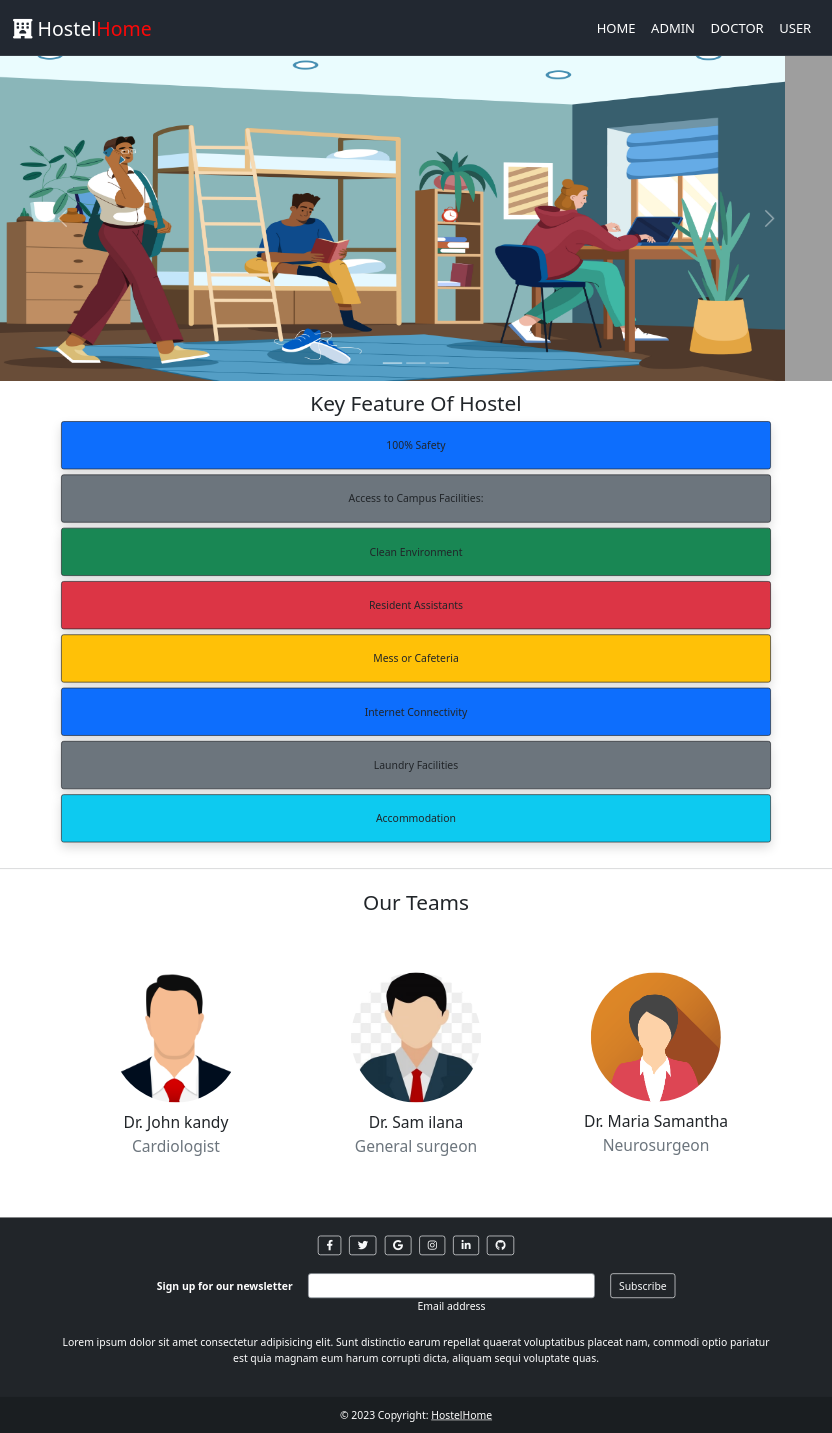
Repository: SparshGarg1/Hostel_Managment_System
Page: http://localhost/Hostel/
An editor plug-in stored every save of this project. The page is shown before and after the next save, followed by the edit.
The browser window is 1280 px wide. The pictures show the whole page, at 65% of full size.
Pictures or frames that could not be fetched are drawn as grey boxes. Some web libraries are served in a nearby version. The page is served by Tomcat 9.

Above is the page before, as saved 2023-06-17 05:19:22.

After the next save:
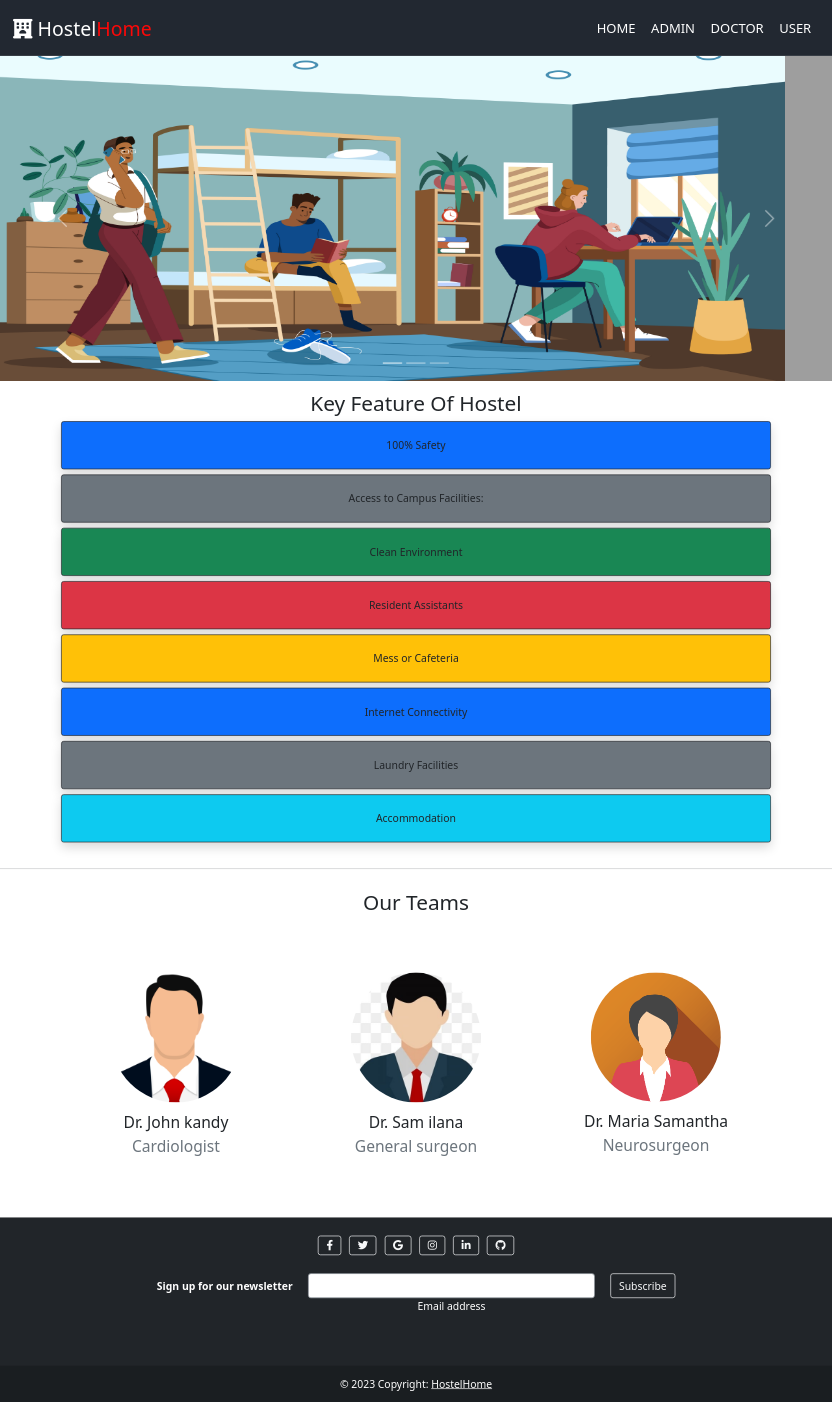
Saved 26 s later.
--- a/Hostel/WebContent/index.jsp
+++ b/Hostel/WebContent/index.jsp
@@ -188,9 +188,7 @@
     <!-- Section: Text -->
     <section class="mb-4">
       <p>
-        Lorem ipsum dolor sit amet consectetur adipisicing elit. Sunt distinctio earum
-        repellat quaerat voluptatibus placeat nam, commodi optio pariatur est quia magnam
-        eum harum corrupti dicta, aliquam sequi voluptate quas.
+
       </p>
     </section>
     <!-- Section: Text -->
